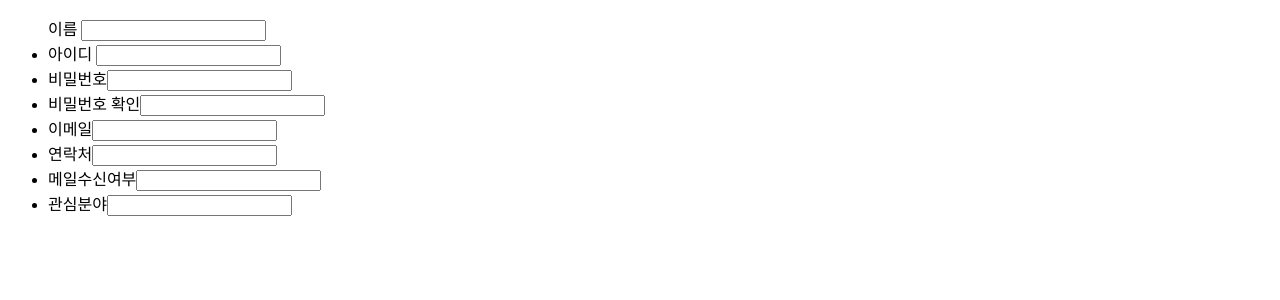
Repository: Cheol-Cheol/KOSA
Page: Kcc_web/Html/WebContent/mission/3.html
An editor plug-in stored every save of this project. The page is shown before and after the next save, followed by the edit.
The browser window is 1280 px wide. The pictures show the whole page.

Above is the page before, as saved 2024-07-08 06:19:31.

### Kcc_web/Html/WebContent/mission/3.html
<!DOCTYPE html>
<html>
<head>
<meta charset="UTF-8">
<title>Insert title here</title>
</head>
<body>
	<form action="#">
		<ul>
			<td>이름 </td><td><input type="text" /></td>
			<li><label for="">아이디 <input type="text" /></label></li>
			<li><label for="">비밀번호<input type="text" /></label></li>
			<li><label for="">비밀번호 확인<input type="text" /></label></li>
			<li><label for="">이메일<input type="text" /></label></li>
			<li><label for="">연락처<input type="text" /></label></li>
			<li><label for="">메일수신여부<input type="text" /></label></li>
			<li><label for="">관심분야<input type="text" /></label></li>
		</ul>
	</form>
</body>
</html>

After the next save:
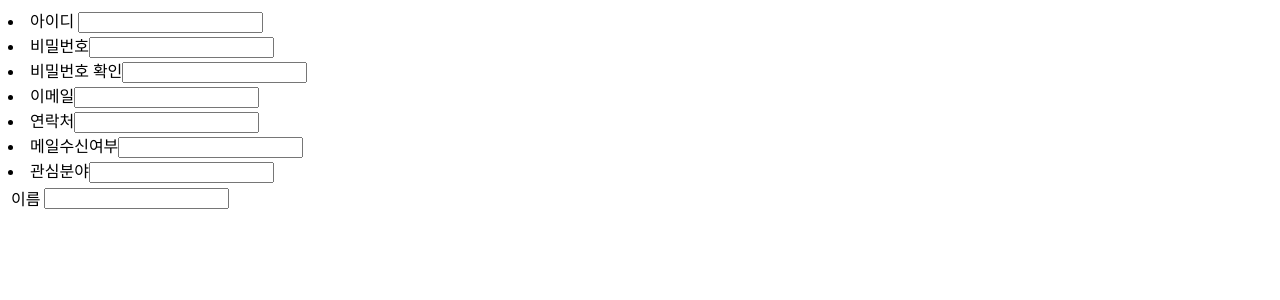
Saved 13 s later.
--- a/Kcc_web/Html/WebContent/mission/3.html
+++ b/Kcc_web/Html/WebContent/mission/3.html
@@ -6,8 +6,9 @@
 </head>
 <body>
 	<form action="#">
-		<ul>
-			<td>이름 </td><td><input type="text" /></td>
+		<table>
+			<td>이름</td>
+			<td><input type="text" /></td>
 			<li><label for="">아이디 <input type="text" /></label></li>
 			<li><label for="">비밀번호<input type="text" /></label></li>
 			<li><label for="">비밀번호 확인<input type="text" /></label></li>
